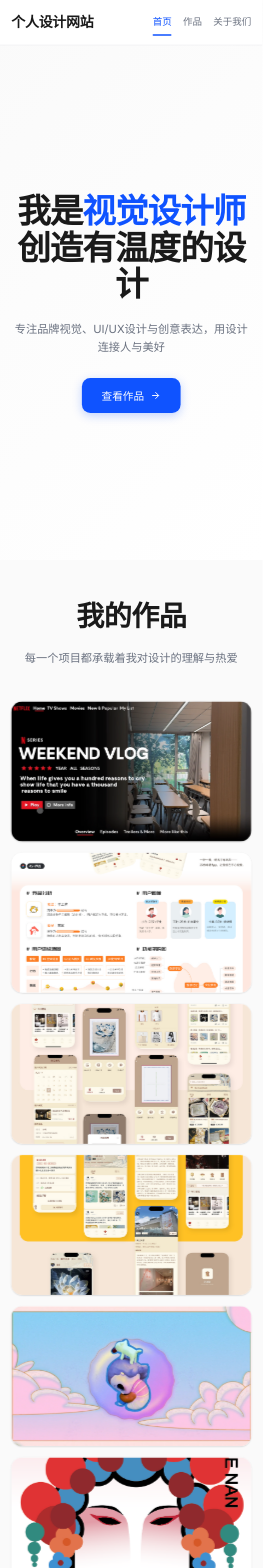
Repository: Nanzhexi/zhexi.github.io
Page: index.html
These files come from the project's save history. The page is drawn as it stood at one moment and after the next save; the edit follows.
The browser window is 375 px wide. The pictures show the part of the page from y = 0 to 2240 px (the page is 5133 px tall), at 70% of full size.

Above is the page before, as saved 2025-07-03 03:56:00.

After the next save:
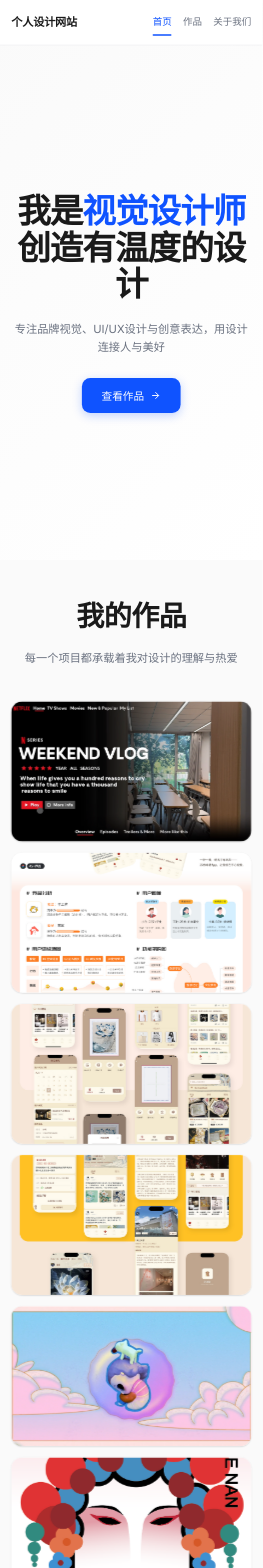
Saved 33 s later.
--- a/css/index.css
+++ b/css/index.css
@@ -839,7 +839,7 @@
     }
 
     .nav-brand {
-        font-size: 1.25rem;
+        font-size: 1rem;
     }
 
     .nav-links {
